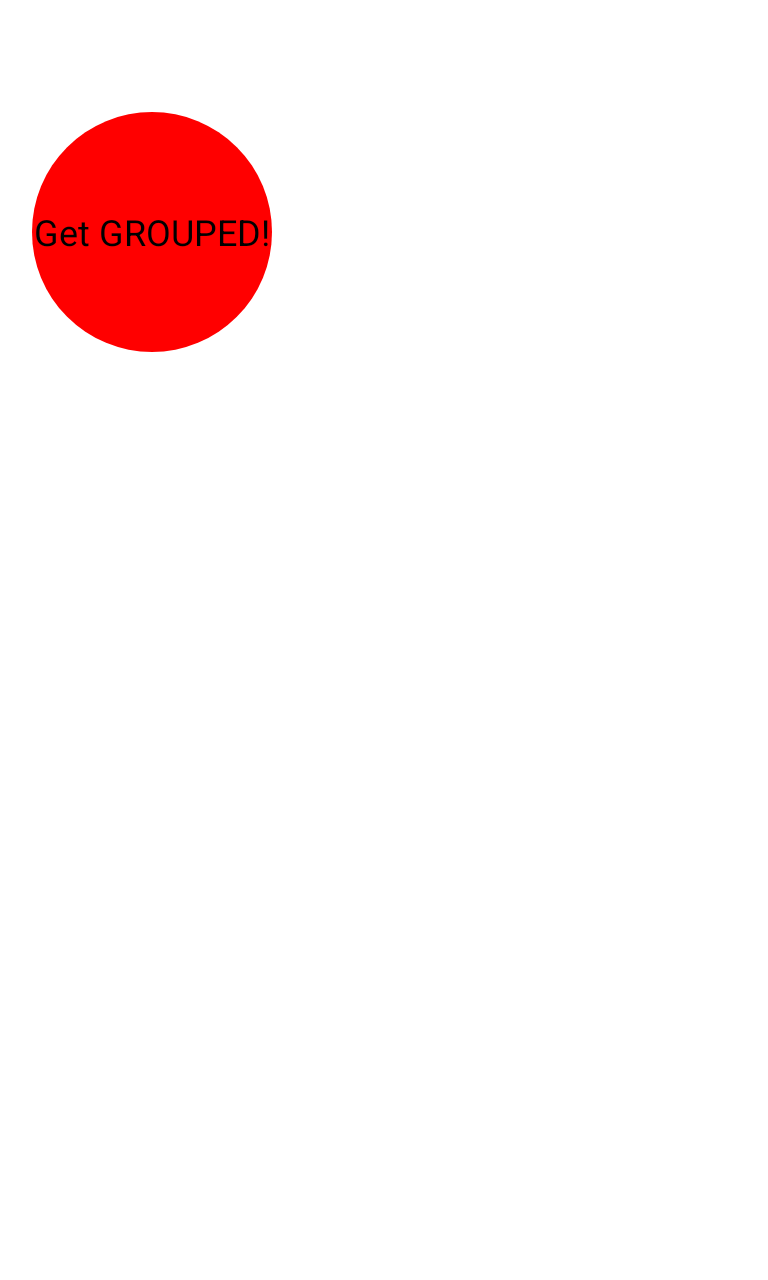
Repository: cs4471/grouped-client
Layout: Grouped/res/layout/activity_main.xml
These files come from the project's save history. The layout is drawn as it stood at one moment and after the next save; the edit follows.
It is drawn on a 768 x 1280 px phone screen (xhdpi) without system bars, with theme AppTheme; the app's code is not run.

Above is the layout before, as saved 2013-09-27 06:35:37.

After the next save:
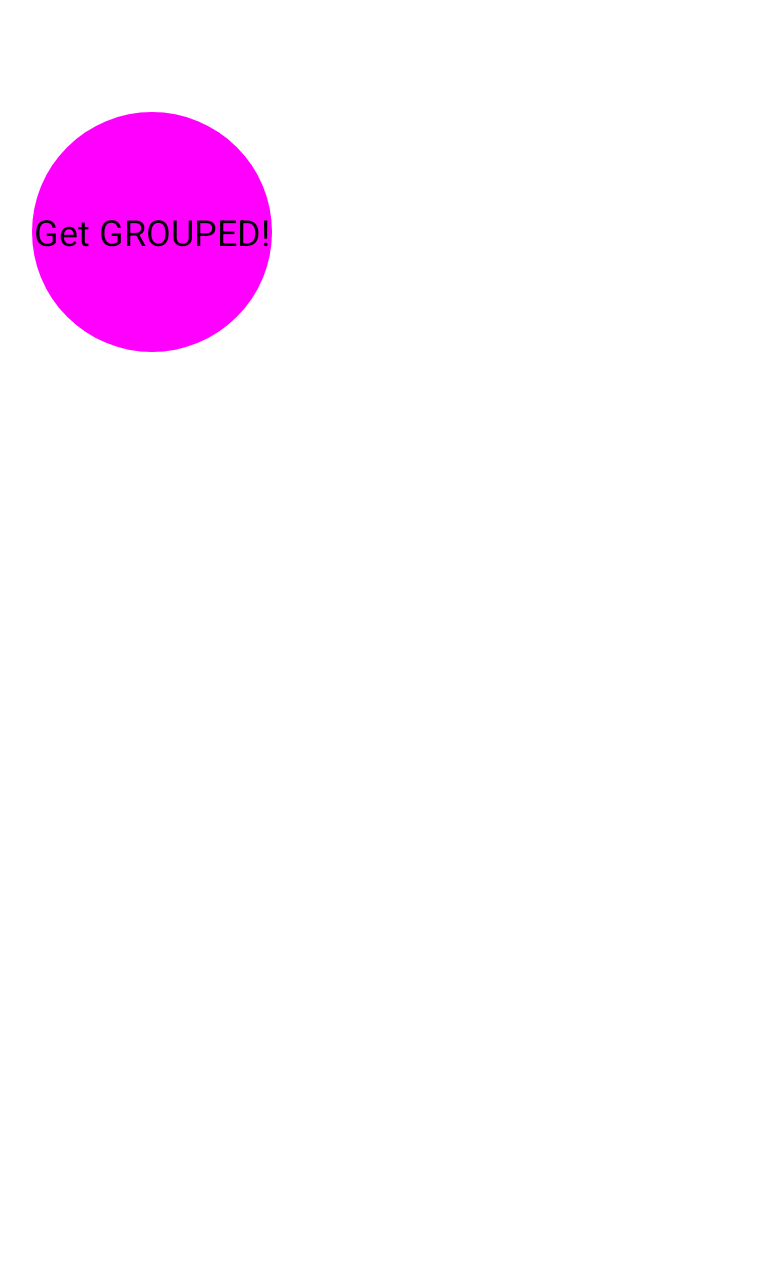
Saved 8 s later.
--- a/Grouped/res/drawable/GetGroupedButton.xml
+++ b/Grouped/res/drawable/GetGroupedButton.xml
@@ -4,7 +4,7 @@
     android:shape="oval">
 
    <solid
-       android:color="#ff0000"/>
+       android:color="#ff00ff"/>
 
    <size
        android:width="120dp"
